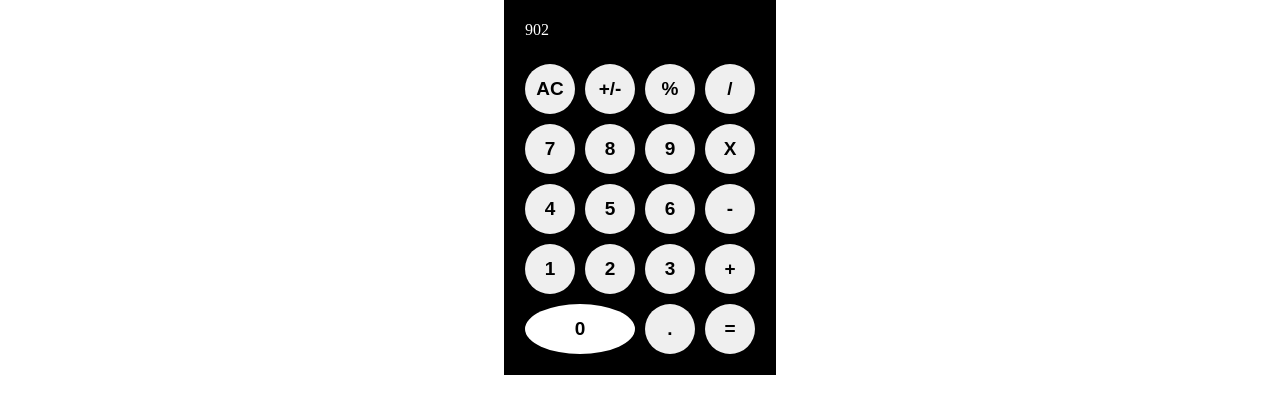
Repository: dmpelaez/calculator
Page: Calculator.html
These files come from the project's save history. The page is drawn as it stood at one moment and after the next save; the edit follows.
The browser window is 1280 px wide. The pictures show the whole page.

Above is the page before, as saved 2025-12-15 20:08:06.

### Calculator.html
<!DOCTYPE html>

  <html>
    <head>

      <title>Calculator</title>

      <!--CSS-->
      <link rel="stylesheet" href="Calculator.css">

    </head>
    <body>
      <!--Container-->
      <main class="container">

        <!--Sections-->
        <section class="Section">

          <!--Input section-->
          <div class="inputSection">902</div>

          <!--Btns section-->
          <div class="btnSection">
            <button class="btn cancel">AC</button>
            <button class="btn signs">+/-</button>
            <button class="btn rmnder">%</button>
            <button class="btn divide">/</button>
            <button class="btn seven">7</button>
            <button class="btn eight">8</button>
            <button class="btn nine">9</button>
            <button class="btn times">X</button>
            <button class="btn four">4</button>
            <button class="btn five">5</button>
            <button class="btn six">6</button>
            <button class="btn minus">-</button>
            <button class="btn one">1</button>
            <button class="btn two">2</button>
            <button class="btn three">3</button>
            <button class="btn plus">+</button>
            <button class="btn zero">0</button>
            <button class="btn dot" >.</button>
            <button class="btn equal">=</button>
          </div>
        </section>


      </main>

      <script src="Calculator.js"></script>
    </body>

  </html>

### Calculator.css
body {
  margin: 0;
  padding: 0;
  box-sizing: border-box;
  display: flex;
  align-items: center;
  justify-content: center;

}

.Section {
display: flex;
flex-direction: column;
border: 1px solid black;

gap: 20px;
background: black;
}
.inputSection {
  color: white;
  padding: 20px;
  padding-bottom: 0px;
}
.btnSection {
  display: grid;
  grid-template-columns: 1fr 1fr 1fr 1fr;
  padding: 20px;
  gap: 10px;
  padding-top: 5px;
}
.btn {
  border: none;
  height: 50px;
  width: 50px;
  border-radius: 50%;
  font-weight: bold;
  Font-size: 19px;
  cursor: pointer;
}
.equal {
  grid-column: 4
}
.dot {
  grid-column: 3
}
.zero {
  grid-row: 5;
  grid-column: 1 / 2 span;
  background: white;
  width: auto;
  border-radius: 50%;
}

Loaded but not shown: Calculator.js (no stored copy; drawn as an empty file)

After the next save:
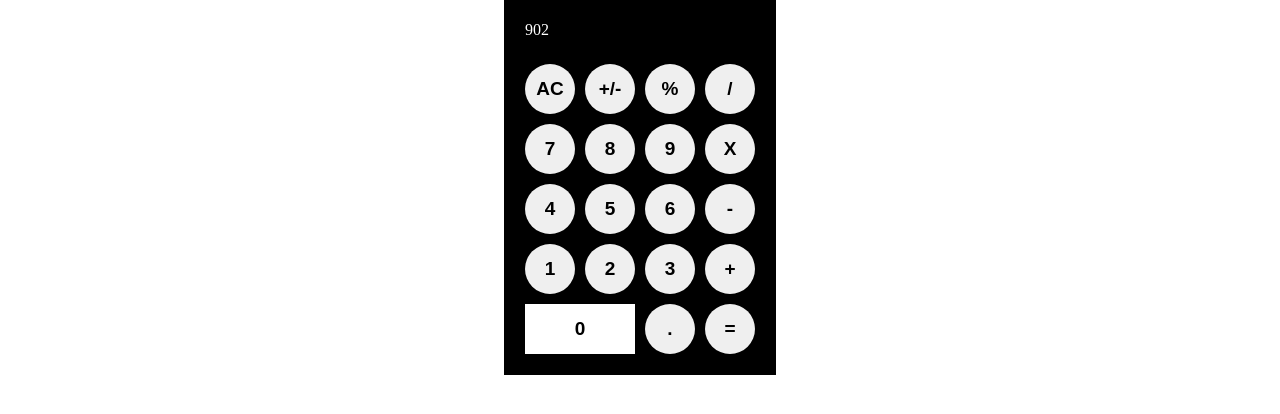
Saved 5 s later.
--- a/Calculator.css
+++ b/Calculator.css
@@ -48,5 +48,5 @@ background: black;
   grid-column: 1 / 2 span;
   background: white;
   width: auto;
-  border-radius: 50%;
+  border-radius: 0px;
 }
